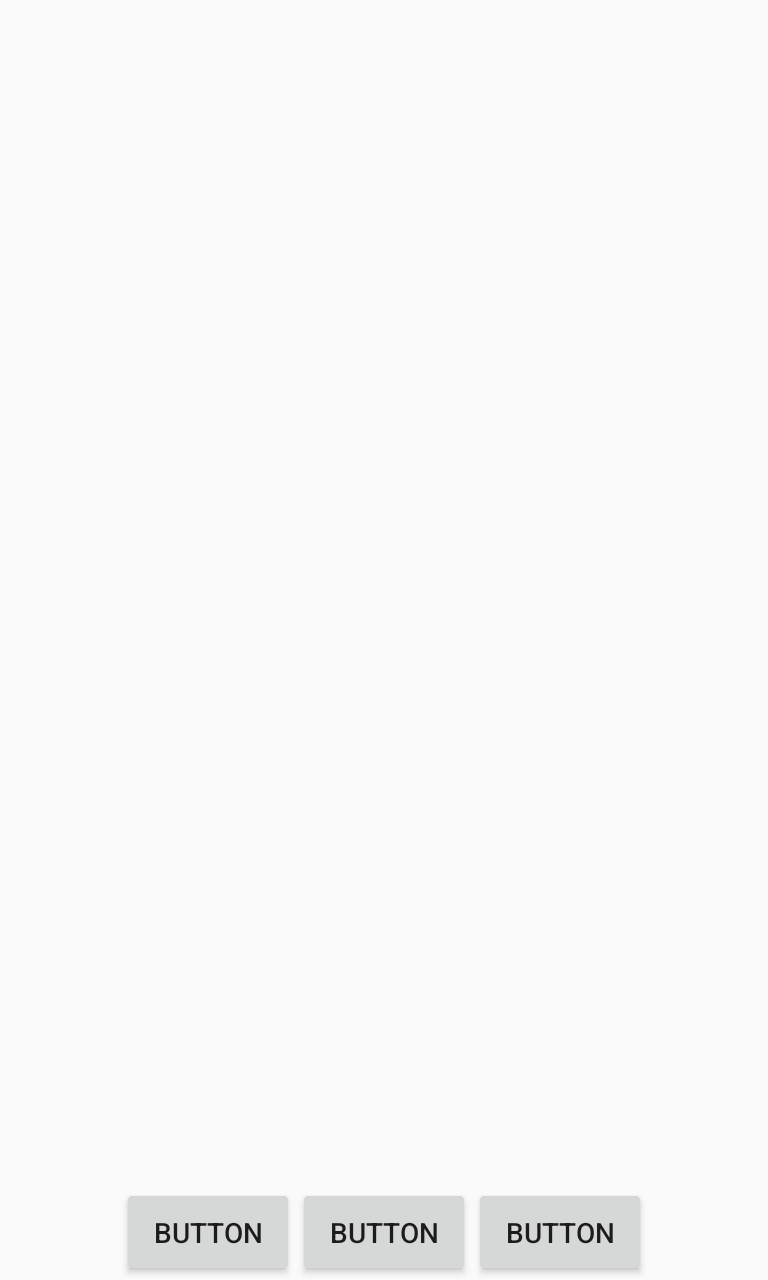
Repository: MarcSelles/BeatYourBucketAndroid
Layout: The_app/BeatYourBucket/res/layout/fragment_lists.xml
These files come from the project's save history. The layout is drawn as it stood at one moment and after the next save; the edit follows.
It is drawn on a 768 x 1280 px phone screen (xhdpi) without system bars, with theme AppTheme; the app's code is not run.

Above is the layout before, as saved 2015-01-20 14:27:34.

After the next save:
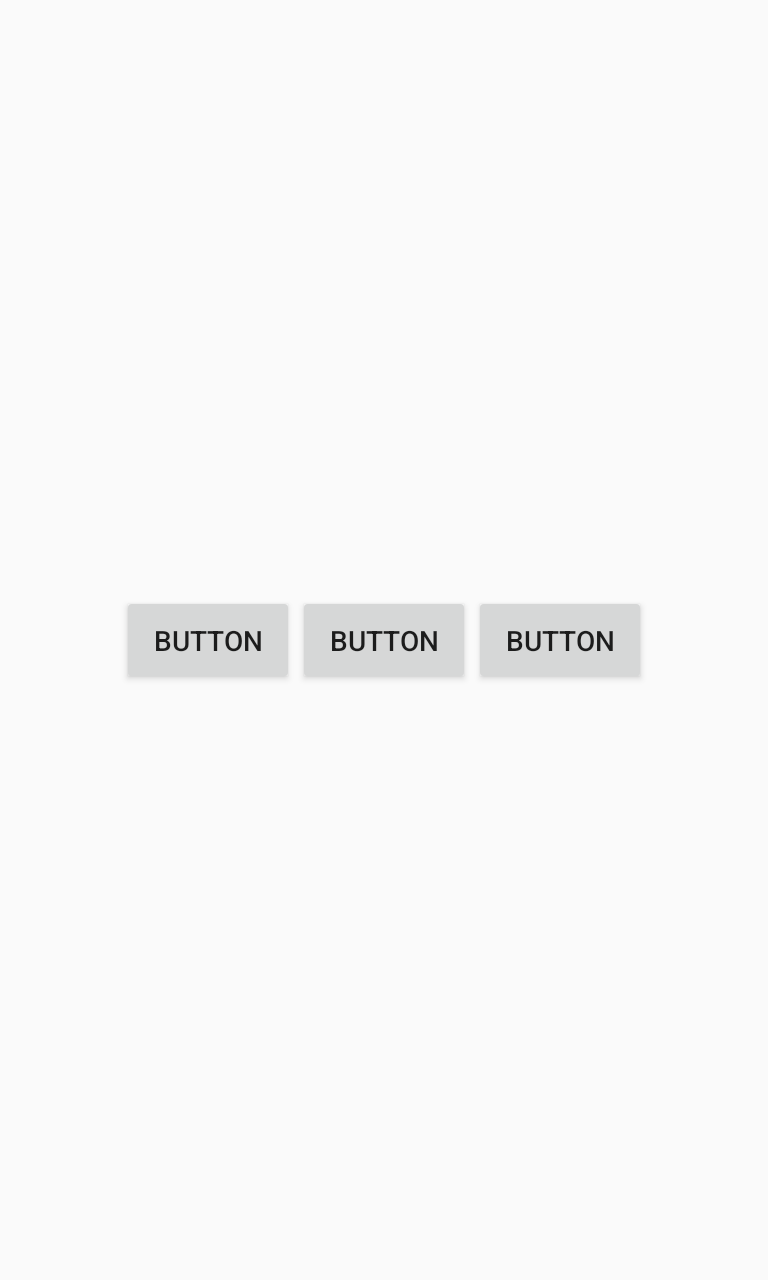
Saved 13 s later.
--- a/The_app/BeatYourBucket/res/layout/fragment_lists.xml
+++ b/The_app/BeatYourBucket/res/layout/fragment_lists.xml
@@ -8,6 +8,7 @@
         android:layout_width="match_parent"
         android:layout_height="wrap_content"
         android:layout_above="@+id/tabcontent2"
+        android:layout_alignParentTop="true"
         android:gravity="top|center"
         android:orientation="horizontal" >
 
